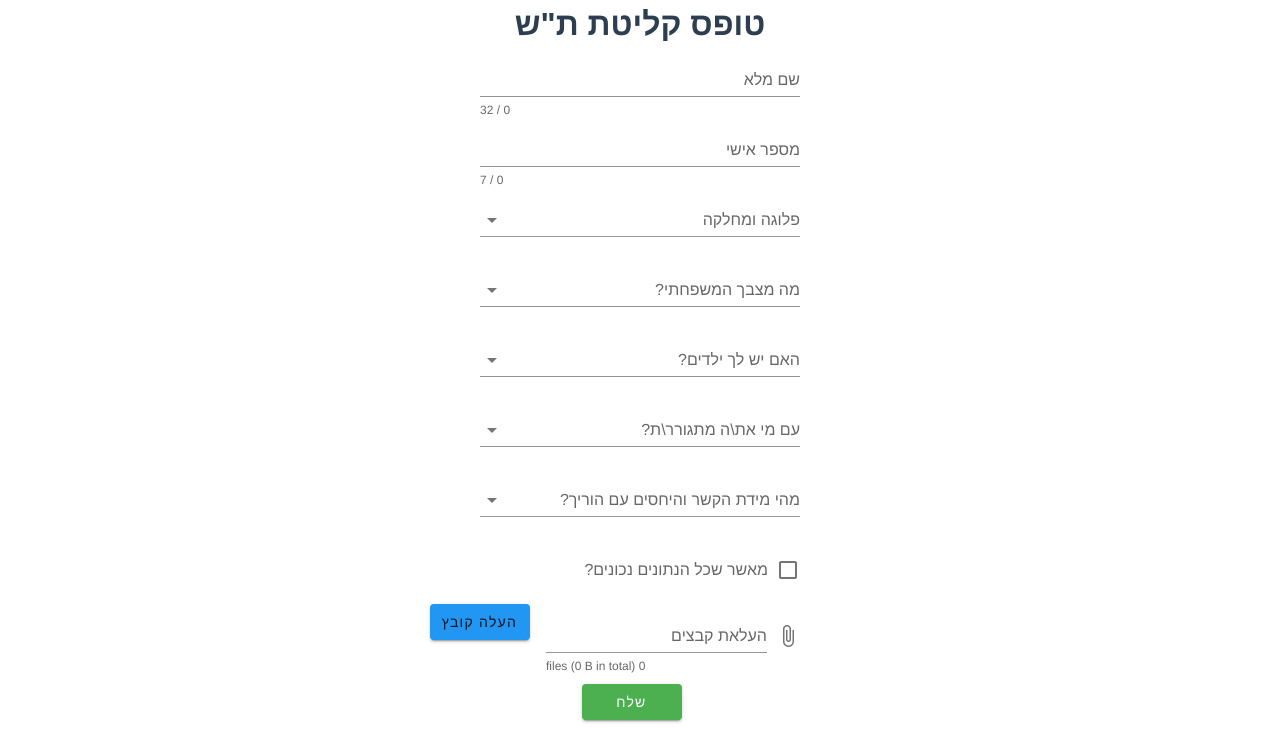
Repository: Natanhel/klitat-tash
Page: /
These files come from the project's save history. The page is drawn as it stood at one moment and after the next save; the edit follows.
The browser window is 1280 px wide. The pictures show the whole page.
The page's requests for data from a server got no answer. The project was rebuilt for these pictures with package versions that can differ from the ones it lists, and the page was loaded fresh each time. No one was signed in, and anything a server would have sent is missing. Also part of the build but not shown: vue.config.js.

Above is the page before, as saved 2020-12-01 18:18:49.

After the next save:
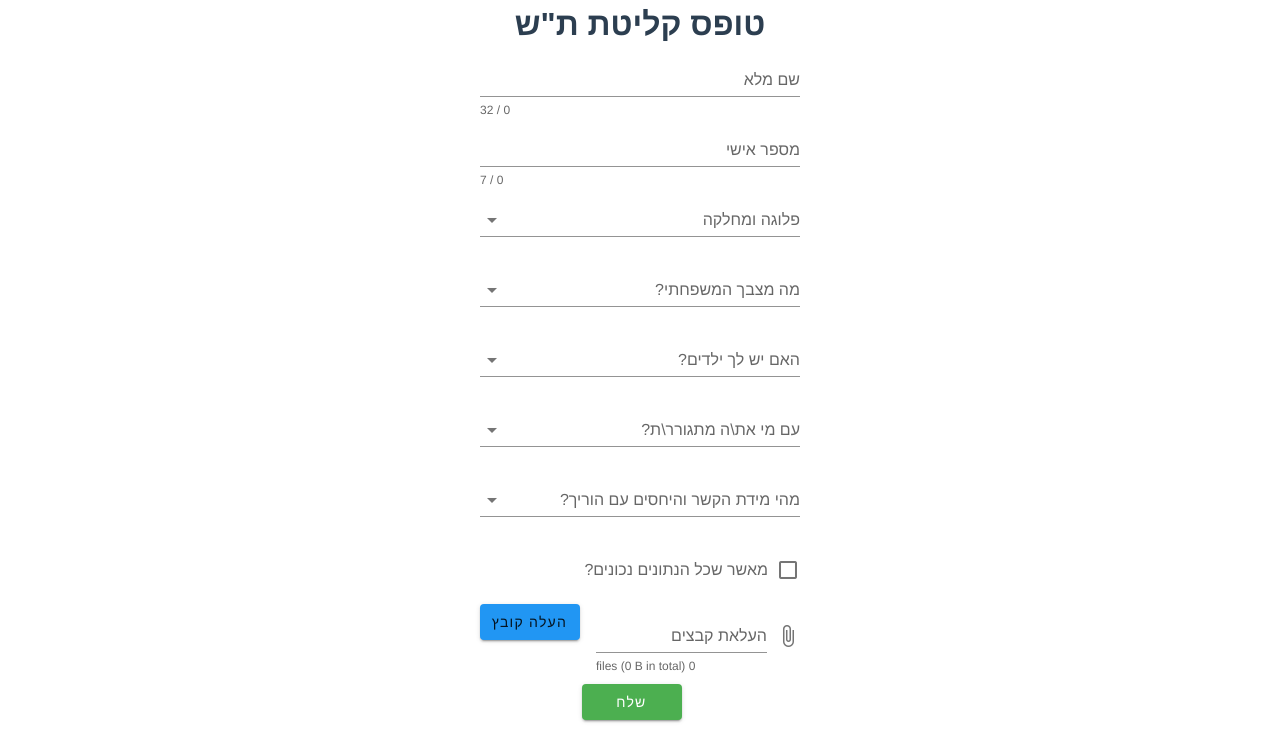
Saved 22 s later.
--- a/src/App.vue
+++ b/src/App.vue
@@ -257,7 +257,7 @@ form
 {
   display: flex;
   flex-direction: row;
-  width: 370px;
+  width: 20rem;
 }
 
 @media screen and (max-width: 500px) {
